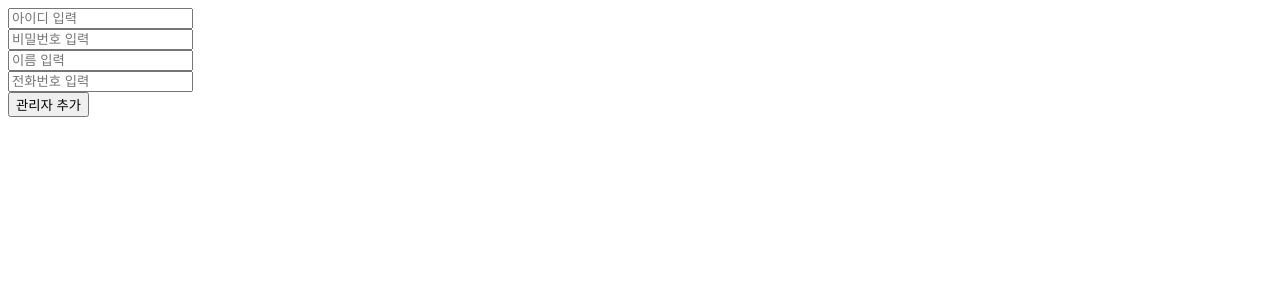
Repository: Jakej92/Study-JSP
Page: http://localhost/y_practice/templates/join.jsp
An editor plug-in stored every save of this project. The page is shown before and after the next save, followed by the edit.
The browser window is 1280 px wide. The pictures show the whole page.
The page is served by Tomcat 10.

Above is the page before, as saved 2025-02-26 06:21:49.

After the next save:
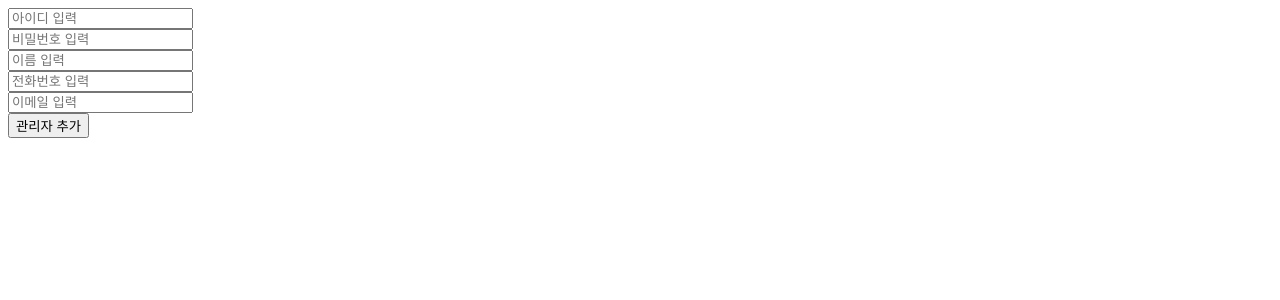
Saved 26 s later.
--- a/workspace/y_practice/src/main/webapp/templates/join.jsp
+++ b/workspace/y_practice/src/main/webapp/templates/join.jsp
@@ -21,6 +21,9 @@
 			<input type="text" name="adminPhone" placeholder="전화번호 입력">
 		</div>
 		<div>
+			<input type="text" name="adminEmail" placeholder="이메일 입력">
+		</div>
+		<div>
 			<button>관리자 추가</button>
 		</div>
 	</form>
